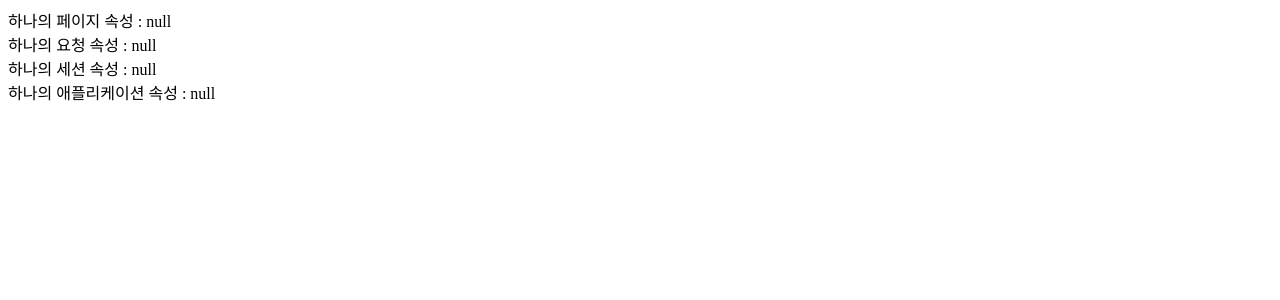
Repository: jungwoonAn/jsp_basic
Page: http://localhost/MustHaveJSP/03_Scope/03_thirdPage.jsp
An editor plug-in stored every save of this project. The page is shown before and after the next save, followed by the edit.
The browser window is 1280 px wide. The pictures show the whole page.
The page is served by Tomcat 10. Other server files are loaded and not shown. The template is opened directly, without the code that normally fills it, so the values that code supplies are empty.

Above is the page before, as saved 2024-10-17 06:38:30.

### MustHaveJSP/src/main/webapp/03_Scope/03_thirdPage.jsp
<%@ page language="java" contentType="text/html; charset=UTF-8"
    pageEncoding="UTF-8"%>
<!DOCTYPE html>
<html>
<head>
<meta charset="UTF-8">
<title>Insert title here</title>
</head>
<body>
	하나의 페이지 속성 : <%= pageContext.getAttribute("name") %><br>
	하나의 요청 속성 : <%= request.getAttribute("name") %><br>
	하나의 세션 속성 : <%= session.getAttribute("name") %><br>
	하나의 애플리케이션 속성 : <%= application.getAttribute("name") %><br>
</body>
</html>

After the next save:
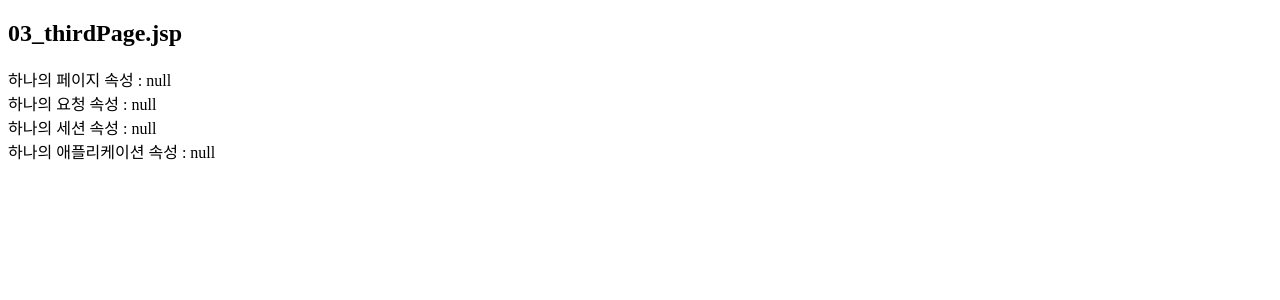
Saved 38 s later.
--- a/MustHaveJSP/src/main/webapp/03_Scope/03_thirdPage.jsp
+++ b/MustHaveJSP/src/main/webapp/03_Scope/03_thirdPage.jsp
@@ -7,6 +7,7 @@
 <title>Insert title here</title>
 </head>
 <body>
+	<h2>03_thirdPage.jsp</h2>
 	하나의 페이지 속성 : <%= pageContext.getAttribute("name") %><br>
 	하나의 요청 속성 : <%= request.getAttribute("name") %><br>
 	하나의 세션 속성 : <%= session.getAttribute("name") %><br>
